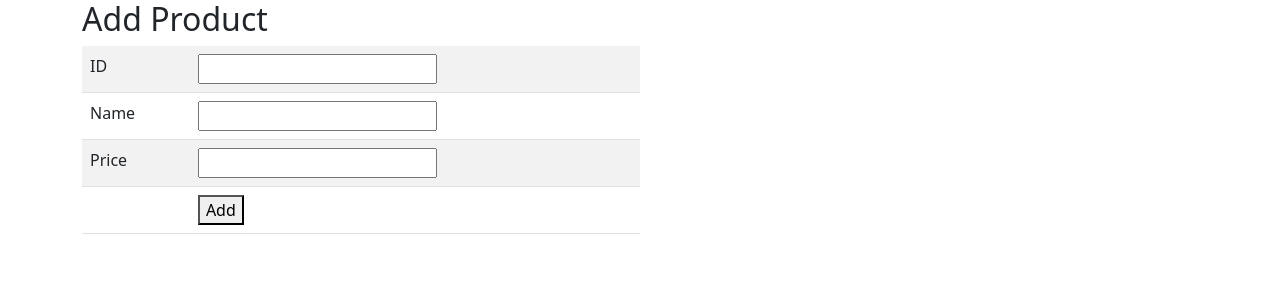
Repository: nguyenhung50497/MD3_thaoTacVoiFile
Page: BT_productManager2/templates/addProduct.html
These files come from the project's save history. The page is drawn as it stood at one moment and after a run of saves; the edit follows.
The browser window is 1280 px wide. The pictures show the whole page.
Some web libraries are served in a nearby version.

Above is the page before, as saved 2022-12-14 16:08:39.

### BT_productManager2/templates/addProduct.html
<!DOCTYPE html>
<html lang="en">
<head>
    <meta charset="UTF-8">
    <title>Customer manager</title>
    <link href="https://cdn.jsdelivr.net/npm/bootstrap@5.1.3/dist/css/bootstrap.min.css" rel="stylesheet" crossorigin="anonymous">
</head>
<body>
<div class="container">
    <div class="col-6">
        <h2>Add Product</h2>
        <form action="" method="post">
            <table class="table table-striped">
                <tr>
                    <td>ID</td>
                    <td><input type="text" name="id"></td>
                </tr>
                <tr>
                    <td>Name</td>
                    <td><input type="text" name="name"></td>
                </tr>
                <tr>
                    <td>Price</td>
                    <td><input type="text" name="price"></td>
                </tr>
                <tr>
                    <td></td>
                    <td><button type="submit">Add</button></td>
                </tr>
            </table>
        </form>
    </div>

</div>
<script src="https://cdn.jsdelivr.net/npm/@popperjs/core@2.10.2/dist/umd/popper.min.js" integrity="sha384-7+zCNj/IqJ95wo16oMtfsKbZ9ccEh31eOz1HGyDuCQ6wgnyJNSYdrPa03rtR1zdB" crossorigin="anonymous"></script>
<script src="https://cdn.jsdelivr.net/npm/bootstrap@5.1.3/dist/js/bootstrap.min.js" integrity="sha384-QJHtvGhmr9XOIpI6YVutG+2QOK9T+ZnN4kzFN1RtK3zEFEIsxhlmWl5/YESvpZ13" crossorigin="anonymous"></script>
</body>
</html>

After the next 4 saves:
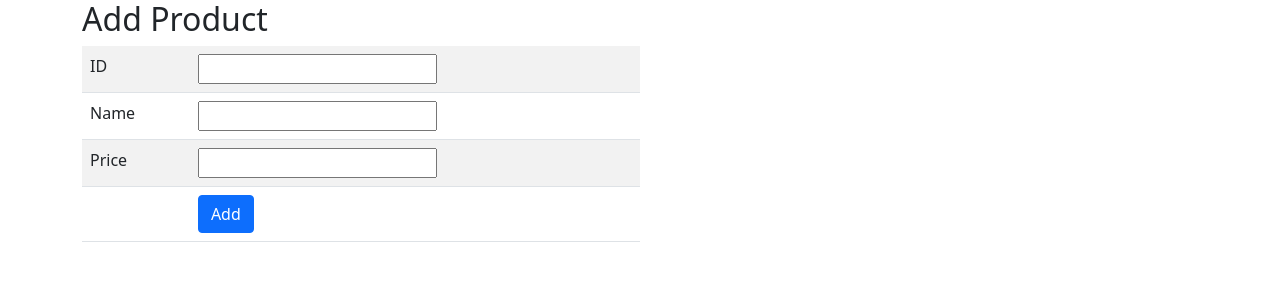
The 4 saves are shown as one change because they came seconds apart.
The last was saved 18 s later.
--- a/BT_productManager2/templates/addProduct.html
+++ b/BT_productManager2/templates/addProduct.html
@@ -25,7 +25,7 @@
                 </tr>
                 <tr>
                     <td></td>
-                    <td><button type="submit">Add</button></td>
+                    <td><button type="submit" class="btn btn-primary">Add</button></td>
                 </tr>
             </table>
         </form>
